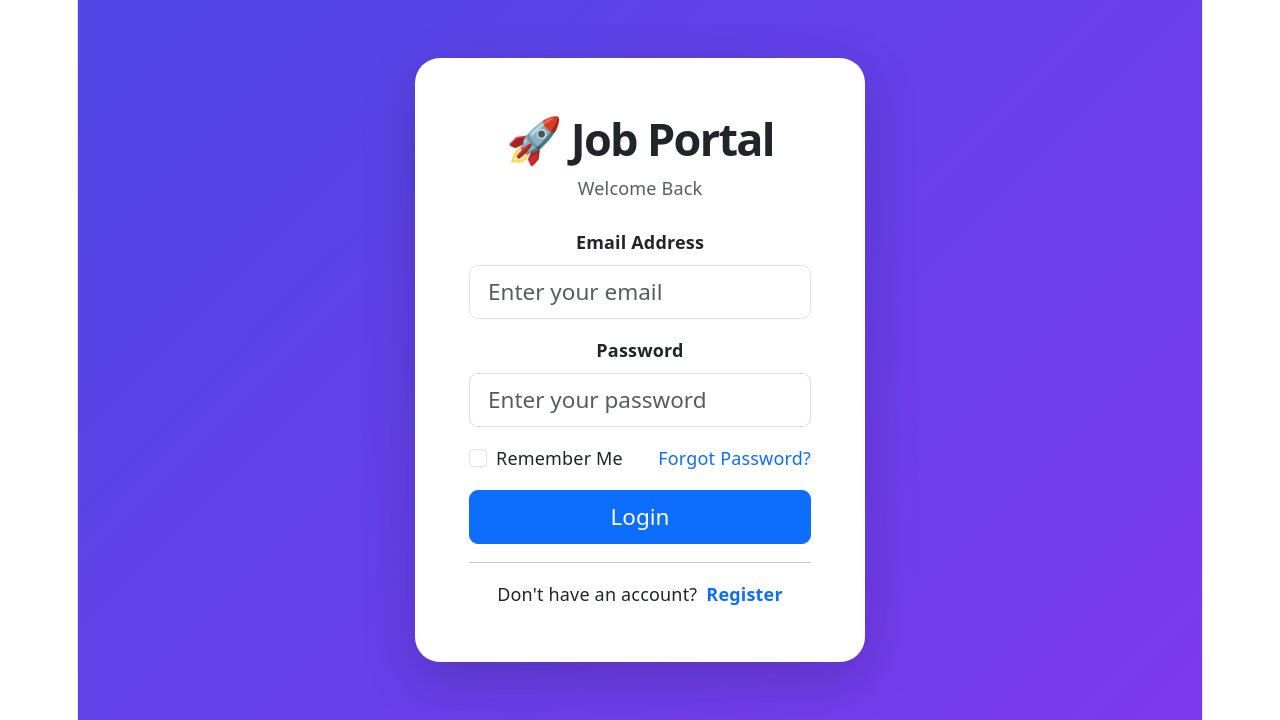
Repository: vijaymp1214/Job-Portal-Management-System
Page: / (app in frontend/)
An editor plug-in stored every save of this project. The page is shown before and after the next save, followed by the edit.
The browser window is 1280 px wide. The pictures show the whole page.
The project was rebuilt for these pictures with package versions that can differ from the ones it lists, and the page was loaded fresh each time. Also part of the build but not shown: frontend/vite.config.js.

Above is the page before, as saved 2026-05-30 13:14:13.

After the next save:
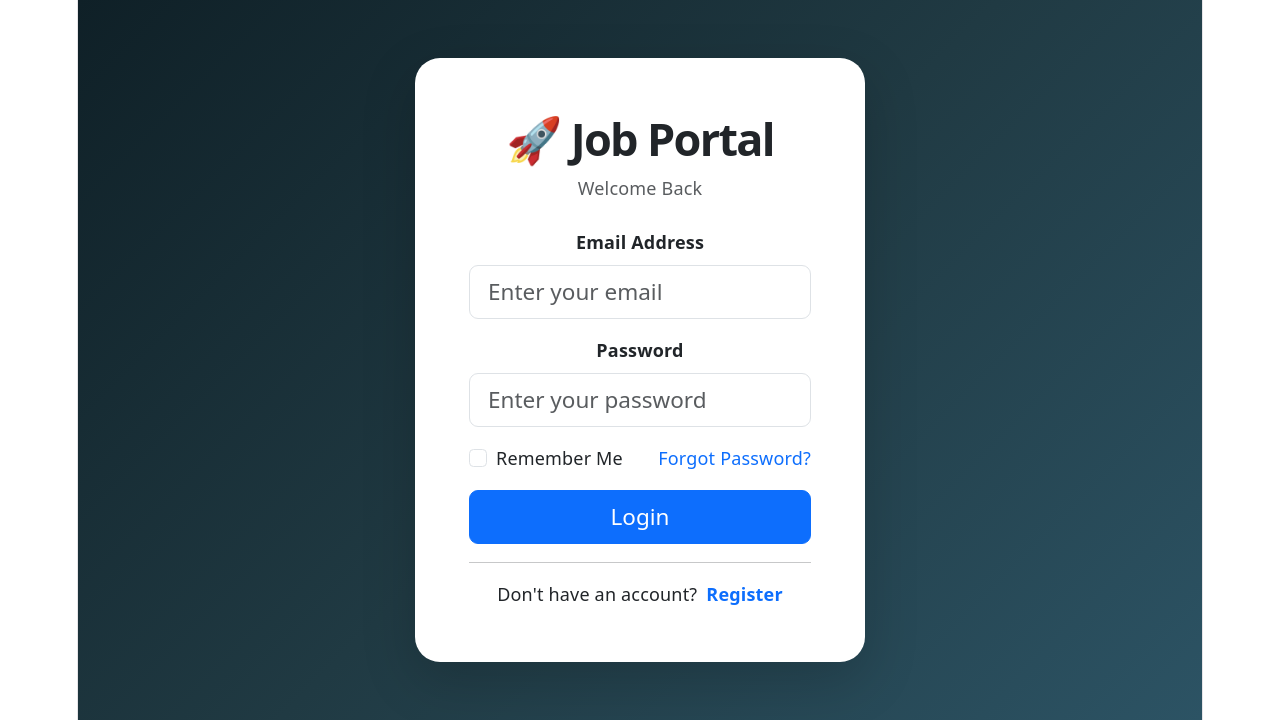
Saved 78 s later.
--- a/frontend/src/App.jsx
+++ b/frontend/src/App.jsx
@@ -2,9 +2,10 @@ function App() {
   return (
     <div
       className="container-fluid vh-100 d-flex justify-content-center align-items-center"
-      style={{
-        background: "linear-gradient(135deg, #4F46E5, #7C3AED)",
-      }}
+     style={{
+     background:
+    "linear-gradient(135deg, #0F2027, #203A43, #2C5364)",
+       }}
     >
       <div
         className="card border-0 shadow-lg"
